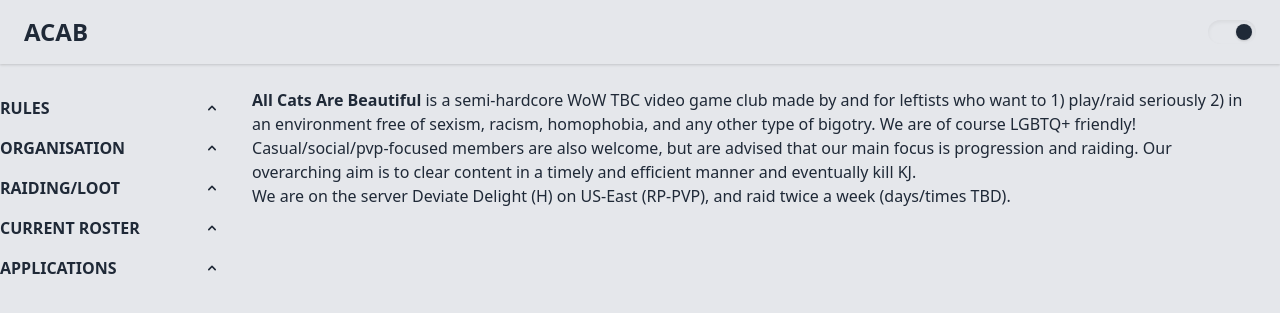
Repository: eaang/catguild_frontend
Page: /
The author's editor kept a copy of each file at every save. The page is drawn from the files as they stood at one save, then again after the next save.
The browser window is 1280 px wide. The pictures show the whole page.
The project was rebuilt for these pictures with package versions that can differ from the ones it lists, and the page was loaded fresh each time. The framework's server and built-in components were replaced by stand-ins that run in the browser. Also part of the build but not shown: nuxt.config.js, components/ContentBox.vue, components/ContentEditor.vue, components/ImageBox.vue, components/SidebarItem.vue, components/SidebarSub.vue, components/TheFoooter.vue, components/icons/ChevronDown.vue and 20 more. Imported but missing from the stored project, and not drawn on this page: apollo/queries/categories/category.

Above is the page before, as saved 2021-04-02 19:54:17.

### components/SidebarMain.vue
<template>
  <div
    class="flex justify-between items-center cursor-pointer"
    @click="toggle = !toggle"
  >
    <div class="py-2 font-semibold uppercase">{{ title }}</div>
    <div class="px-2">
      <div v-if="toggle" class="h-4 w-4"><ChevronDown /></div>
      <div v-if="!toggle" class="h-4 w-4"><ChevronUp /></div>
    </div>
  </div>
</template>

<script>
export default {
  props: {
    title: {
      type: String,
      default: 'Category',
    },
  },
  data() {
    return {
      toggle: false,
    }
  },
}
</script>

### components/TheHeader.vue
<template>
  <div class="w-full h-16 flex items-center shadow">
    <div class="w-full p-6 flex justify-between items-center">
      <div class="left-side">
        <nuxt-link to="/"
          ><div class="text-2xl font-bold text-gray-800 dark:text-gray-200">
            ACAB
          </div></nuxt-link
        >
      </div>
      <div class="right-side">
        <div @click="changeTheme">
          <ToggleButton :is-active="thisTheme" />
        </div>
      </div>
    </div>
  </div>
</template>

<script>
export default {
  data() {
    return {
      thisTheme: false,
    }
  },
  methods: {
    changeTheme() {
      this.thisTheme = !this.thisTheme
      this.$nuxt.$emit('change-theme')
    },
  },
}
</script>

### components/TheSidebar.vue
<template>
  <div class="">
    <SidebarMain title="Rules" />
    <SidebarMain title="Organisation" />
    <SidebarMain title="Raiding/Loot" />
    <SidebarMain title="Current Roster" />
    <SidebarMain title="Applications" />
  </div>
</template>

<script>
export default {}
</script>

### components/ToggleButton.vue
<template>
  <div
    class="w-12 h-6 px-1 rounded-full grid justify-items-auto items-center shadow-inner transition duration-200"
    :class="{ 'bg-gray-800': currentStatus, 'bg-gray-200': !currentStatus }"
  >
    <transition name="left">
      <div
        v-if="currentStatus"
        class="bg-gray-200 w-4 h-4 rounded-full shadow justify-self-start shadow-"
      ></div>
    </transition>
    <transition name="right">
      <div
        v-if="!currentStatus"
        class="bg-gray-800 w-4 h-4 rounded-full shadow justify-self-end"
      ></div>
    </transition>
  </div>
</template>

<script>
export default {
  props: {
    isActive: {
      type: Boolean,
      default: false,
    },
  },
  computed: {
    currentStatus() {
      return this.isActive
    },
  },
}
</script>

<style scoped>
.left-enter-active,
.left-leave-enter {
  transform: translateX(0);
  transition: all 0.2s linear;
}
.left-enter,
.left-leave-to {
  transform: translateX(100%);
}
.right-enter-active,
.right-leave-enter {
  transform: translateX(0);
  transition: all 0.2s linear;
}
.right-enter,
.right-leave-to {
  transform: translateX(-100%);
}
</style>

### components/icons/ChevronUp.vue
<template>
  <svg
    xmlns="http://www.w3.org/2000/svg"
    viewBox="0 0 20 20"
    fill="currentColor"
  >
    <path
      fill-rule="evenodd"
      d="M14.707 12.707a1 1 0 01-1.414 0L10 9.414l-3.293 3.293a1 1 0 01-1.414-1.414l4-4a1 1 0 011.414 0l4 4a1 1 0 010 1.414z"
      clip-rule="evenodd"
    />
  </svg>
</template>

### layouts/default.vue
<template>
  <div :class="{ dark: darkTheme }">
    <div
      class="relative pt-16 h-screen theme bg-gray-200 text-gray-800 dark:bg-gray-800 dark:text-gray-200 transition duration-200"
    >
      <TheHeader class="absolute inset-x-0 top-0" />
      <div class="container h-full">
        <div class="flex h-full pt-6">
          <TheSidebar class="w-1/3 h-full" />
          <Nuxt class="h-full" />
        </div>
        <TheFooter />
      </div>
    </div>
  </div>
</template>

<script>
export default {
  data() {
    return {
      darkTheme: false,
    }
  },
  created() {
    this.$nuxt.$on('change-theme', () => {
      this.darkTheme = !this.darkTheme
    })
  },
}
</script>

### pages/index.vue
<template>
  <div class="px-6">
    <p>
      <strong> All Cats Are Beautiful </strong>
      is a semi-hardcore WoW TBC video game club made by and for leftists who
      want to 1) play/raid seriously 2) in an environment free of sexism,
      racism, homophobia, and any other type of bigotry. We are of course LGBTQ+
      friendly!
    </p>
    <p>
      Casual/social/pvp-focused members are also welcome, but are advised that
      our main focus is progression and raiding. Our overarching aim is to clear
      content in a timely and efficient manner and eventually kill KJ.
    </p>
    <p>
      We are on the server Deviate Delight (H) on US-East (RP-PVP), and raid
      twice a week (days/times TBD).
    </p>
  </div>
</template>

<script>
export default {}
</script>

### tailwind.config.js
module.exports = {
  purge: [
    './components/**/*.{vue,js}',
    './layouts/**/*.vue',
    './pages/**/*.vue',
    './plugins/**/*.{js,ts}',
    './nuxt.config.{js,ts}',
  ],
  darkMode: 'class', // or 'media' or 'class'
  theme: {
    container: {
      center: true,
    },
    extend: {},
  },
  variants: {
    extend: {},
  },
  plugins: [],
}

Loaded but not shown: assets/css/tailwind.css (common file); components/TheFooter.vue (common file)

After the next save:
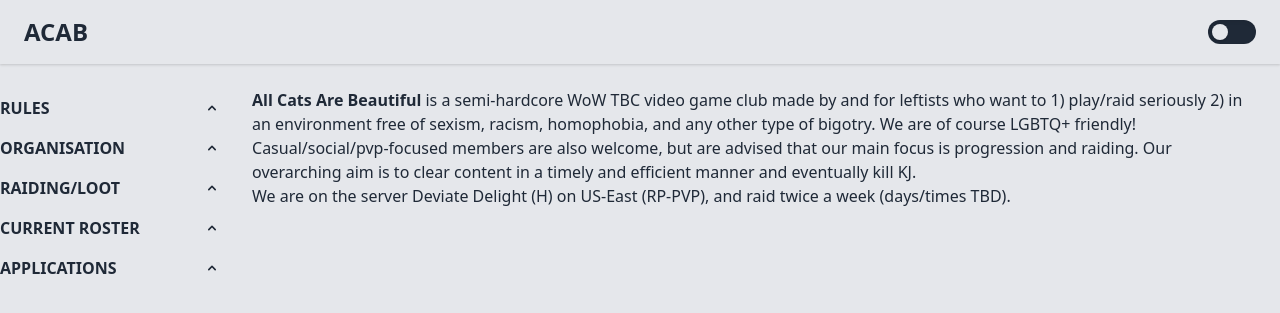
Saved 20 s later.
--- a/components/TheHeader.vue
+++ b/components/TheHeader.vue
@@ -21,7 +21,7 @@
 export default {
   data() {
     return {
-      thisTheme: false,
+      thisTheme: true,
     }
   },
   methods: {
